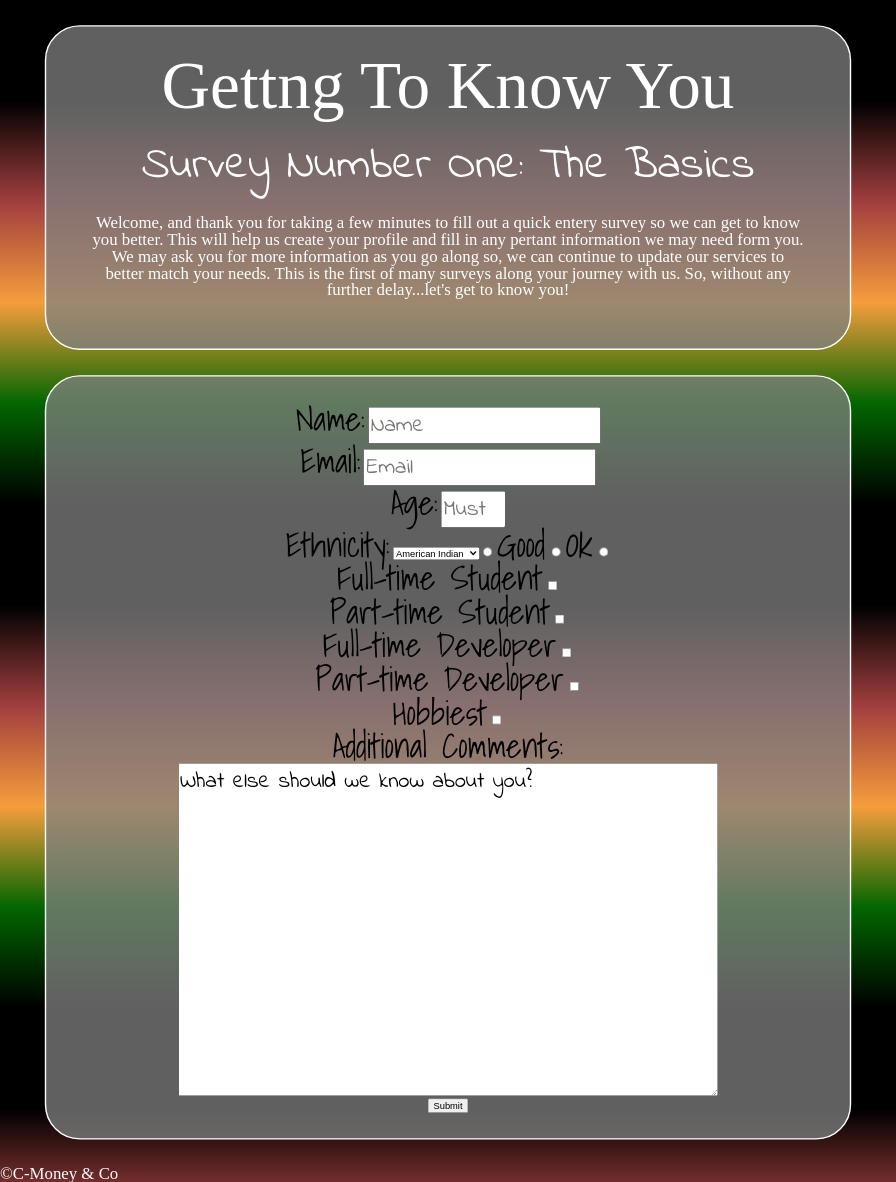
Repository: ctcoleman/surveyForm
Page: index.html
An editor plug-in stored every save of this project. The page is shown before and after the next save, followed by the edit.
The browser window is 1280 px wide. The pictures show the whole page, at 70% of full size.
Some web fonts or font styles are not loaded; a fallback is used.

Above is the page before, as saved 2020-06-29 11:21:57.

### index.html
<!DOCTYPE html>
<html lang="en">

<!-- Head -->

<head>
  <meta name="description" content="Survey Form Example Project">
  <meta name="author" content="Christopher Coleman">
  <meta name="title" content="Survey Form Project">
  <meta name="keywords" content="Survey, Forms, HTML, CSS, Example, Project" <meta name="viewport"
    content="width=device-width, initial-scale=1.0">
  <meta charset="UTF-8">
  <link rel="stylesheet" type="text/css" href="/assets/stylesheets/index.css">
  <link
    href="https://fonts.googleapis.com/css2?family=Holtwood+One+SC&family=Indie+Flower&family=Shadows+Into+Light&display=swap"
    rel="stylesheet">
  <title>.:Getting to know you:.</title>
</head>

<!-- Body -->

<body>


  <!-- Main Content-->
  <main id="main">

    <!-- Header -->
    <header id="titleHeading" class="heading">
      <h1 id="title">Gettng To Know You</h1>
      <h2>Survey Number One: The Basics</h2>
      <section class="descriptionSection">
        <p id="description">Welcome, and thank you for taking a few minutes to fill out a quick entery survey so we can
          get to know you better. This will help us create your profile and fill in any pertant information we may need
          form you. We may ask you for more information as you go along so, we can continue to update our services to
          better match your needs. This is the first of many surveys along your journey with us. So, without any further
          delay...let's get to know you!</p>
      </section>
    </header>

    <!-- Survey Form -->
    <form id="survey-form" class="formWrapper" action="#" method="post">
      <!-- Name -->
      <div class="formEntery nameEntery">
        <label id="name-label" for="name">Name:</label>
        <input type="text" id="name" name="user_name" placeholder="Name" required>
      </div>
      <!-- E-Mail -->
      <div class="formEntery emailEntery">
        <label id="email-label" for="email">Email:</label>
        <input type="email" id="email" name="user_email" placeholder="Email" required>
      </div>
      <!-- Number -->
      <div class="formEntery numberEntery">
        <label id="number-label" for="number">Age:</label>
        <input type="number" id="number" placeholder="Must be older than 18" min="18" max="150">
      </div>
      <!-- Dropdown -->
      <div id="dropDownEntery" class="formEntery">
        <label for="dropdown-label">Ethnicity:</label>
        <select type="dropdown" id="dropdown" placeholder="Select from the following" required>
          <option value="americanIndian">American Indian</option>
          <option value="asian">Asian</option>
          <option value="africanAmerican">African American</option>
          <option value="hispanic">Hispanic</option>
          <option value="pacificIslander">Pacific Islander</option>
          <option value="white">White</option>
      </div>
      <!-- Radio Buttons -->
      <div id="radioButtons" class="formEntery radioButtons">

        <label for="radioGreat">Great</label>
        <input class="radio" type="radio" id="radioGreat" name="radio" value="Great">

        <label for="radioGood">Good</label>
        <input class="radio" type="radio" id="radioGood" name="radio" value="Good">

        <label for="radioOk">Ok</label>
        <input class="radio" type="radio" id="radioOk" name="radio" value="Ok">

      </div>

      <div id="checkboxInputs" class="formEntery checkbox">
        <div id="fullTimeStudentCheck">
          <label for="fullTimeStudent">Full-time Student</label>
          <input type="checkbox" id="fullTimeStudent" name="Full-time Student" value="Full-time Student">
        </div>
        <div id="partTimeStudentCheck">
          <label for="partTimeStudent">Part-time Student</label>
          <input type="checkbox" id="partTimeStudent" name="Part-time Student" value="Part-time Student">
        </div>
        <div id="fullTimeDeveloperCheck">
          <label for="fullTimeDev">Full-time Developer</label>
          <input type="checkbox" id="fullTimeDev" name="Full-time Developer" value="Full-time Developer">
        </div>
        <div id="partTimeDeveloperCheck">
          <label for="partTimeDev">Part-time Developer</label>
          <input type="checkbox" id="partTimeDev" name="Part-time Developer" value="Part-time Developer">
        </div>
        <div id="hobbiestCheckbox">
          <label for="hobbiest">Hobbiest</label>
          <input type="checkbox" id="hobbiest" name="Hobbiest" value="hobbiest">
        </div>
      </div>
      <div id="textarea">
        <label for="additionalComments">Additional Comments:</label>
        <textarea id="additionalComments" name="additionalComments" rows="10"
          cols="50">What else should we know about you? </textarea>
      </div>

      <button type="submit" id="submit" form="survey-form" value="Submit">Submit</button>
    </form>


    <!-- Footer -->
    <footer>
      <p>&copy;C-Money & Co</p>
    </footer>
  </main>

  <script src='https://cdn.freecodecamp.org/testable-projects-fcc/v1/bundle.js'></script>
</body>

</html>

### assets/stylesheets/index.css

/*
=== CSS Reset ===
  http://meyerweb.com/eric/tools/css/reset/ ]
  v2.0 | 20110126
  License: none (public domain)
*/

html, body, div, span, applet, object, iframe,
h1, h2, h3, h4, h5, h6, p, blockquote, pre,
a, abbr, acronym, address, big, cite, code,
del, dfn, em, img, ins, kbd, q, s, samp,
small, strike, strong, sub, sup, tt, var,
b, u, i, center,
dl, dt, dd, ol, ul, li,
fieldset, form, label, legend,
table, caption, tbody, tfoot, thead, tr, th, td,
article, aside, canvas, details, embed,
figure, figcaption, footer, header, hgroup,
menu, nav, output, ruby, section, summary,
time, mark, audio, video {
	margin: 0;
	padding: 0;
	border: 0;
	font-size: 62.5%;
	font: inherit;
  vertical-align: baseline;
  box-sizing: border-box;
}
/* HTML5 display-role reset for older browsers */
article, aside, details, figcaption, figure,
footer, header, hgroup, menu, nav, section {
	display: block;
}
body {
	line-height: 1;
}
ol, ul {
	list-style: none;
}
a {
  text-decoration: none;
}
blockquote, q {
	quotes: none;
}
blockquote:before, blockquote:after,
q:before, q:after {
	content: '';
	content: none;
}
table {
	border-collapse: collapse;
	border-spacing: 0;
}
/*
=== Fonts Used ===
font-family: 'Holtwood One SC', serif;
font-family: 'Indie Flower', cursive;
font-family: 'Shadows Into Light', cursive;
/*

=== Basic Styling ===
*/
html {
  background-image: linear-gradient( #000000 20%, #a03e3e 40%, #f69d3c 60%, #036600 80%, #000000 100%);
  height: 100%;
 }

h1 {
  color: white;
  font-family: 'Holtwood One SC', serif;
  font-size: 6rem;
}

h2 {
  color: white;
  font-family: 'Indie Flower', cursive;
  font-size: 4rem;
}

p {
  color: white;
  font-size: 1.5rem;
}

/*
=== Header Styleing ===
*/

header {
  background: rgba(128, 128, 128, 0.75);
  padding: 5vh 5vw;
  margin: 5vh 5vw;
  text-align: center;
  border: 2px solid white;
  border-radius: 50px;
}
#title {
  margin-bottom: 5vh;
}
#description {
  margin: 5vh 0;
}

/*
=== Basic Form Styling ===
*/

#survey-form {
  background: rgba(128, 128, 128, 0.75);
  padding: 5vh 5vw;
  margin: 5vh 5vw;
  text-align: center;
  border: 2px solid white;
  border-radius: 50px;
  display: flex;
  flex-direction: column;
  align-items: center;
}
#survey-form label {
  font-size: 3rem;
  font-family: 'Shadows Into Light', cursive;
}
#survey-form input,
#survey-form textarea {
  font-size: 2rem;
  font-family: 'Indie Flower', cursive;
}
.formEntery {

}
/*
=== Name Styling ===
*/


/*
=== Email Styling ===
*/

/*
=== Age Styling ===
*/

/*
=== Radio Button Styling ===
*/

/*
=== Checkbox Styling ===
*/

/*
=== Textarea Styling ===
*/

/*
=== Submit Button Styling ===
*/

After the next save:
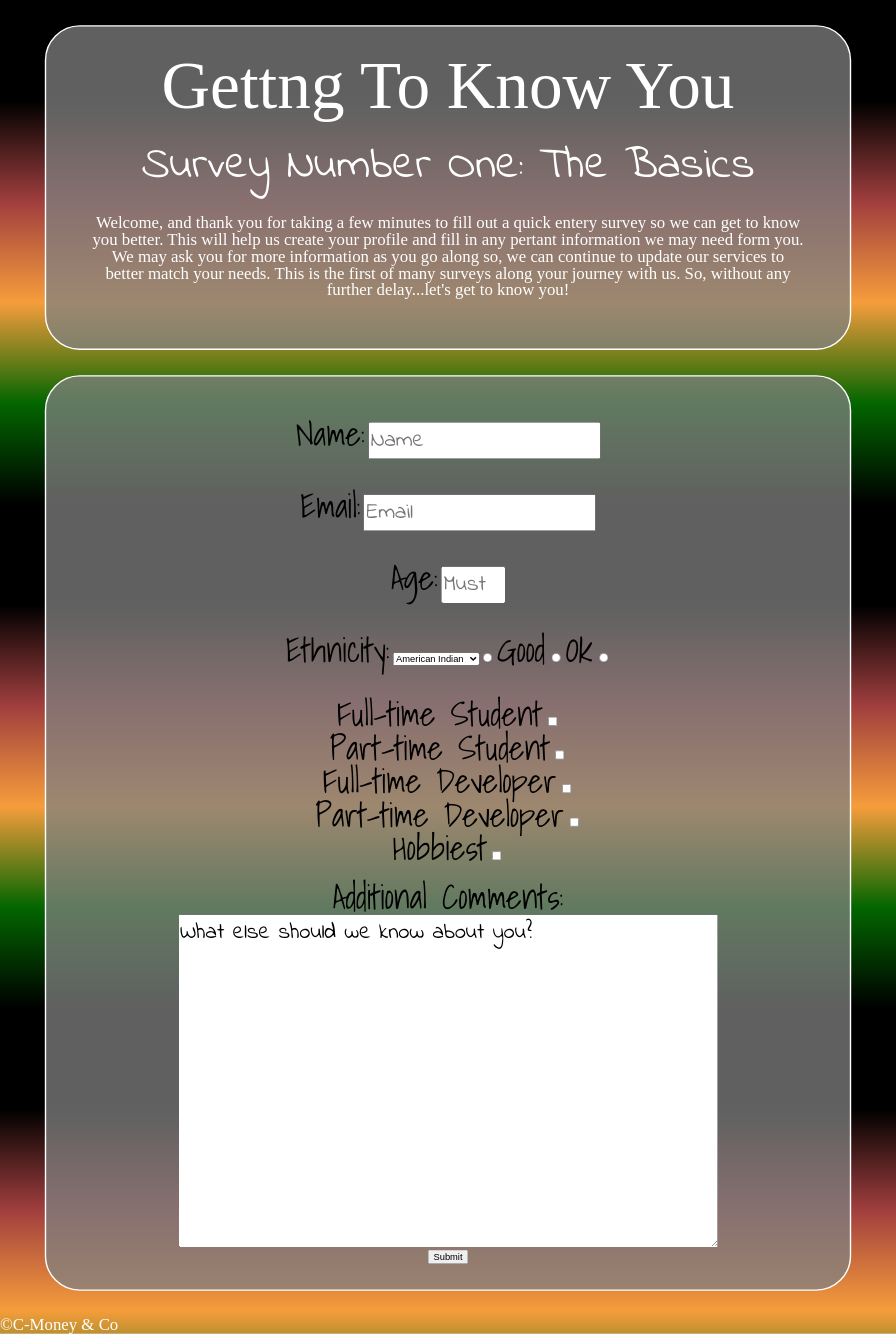
Saved 5 s later.
--- a/assets/stylesheets/index.css
+++ b/assets/stylesheets/index.css
@@ -128,7 +128,7 @@ header {
   font-family: 'Indie Flower', cursive;
 }
 .formEntery {
-
+  margin: 3vh 0;
 }
 /*
 === Name Styling ===
